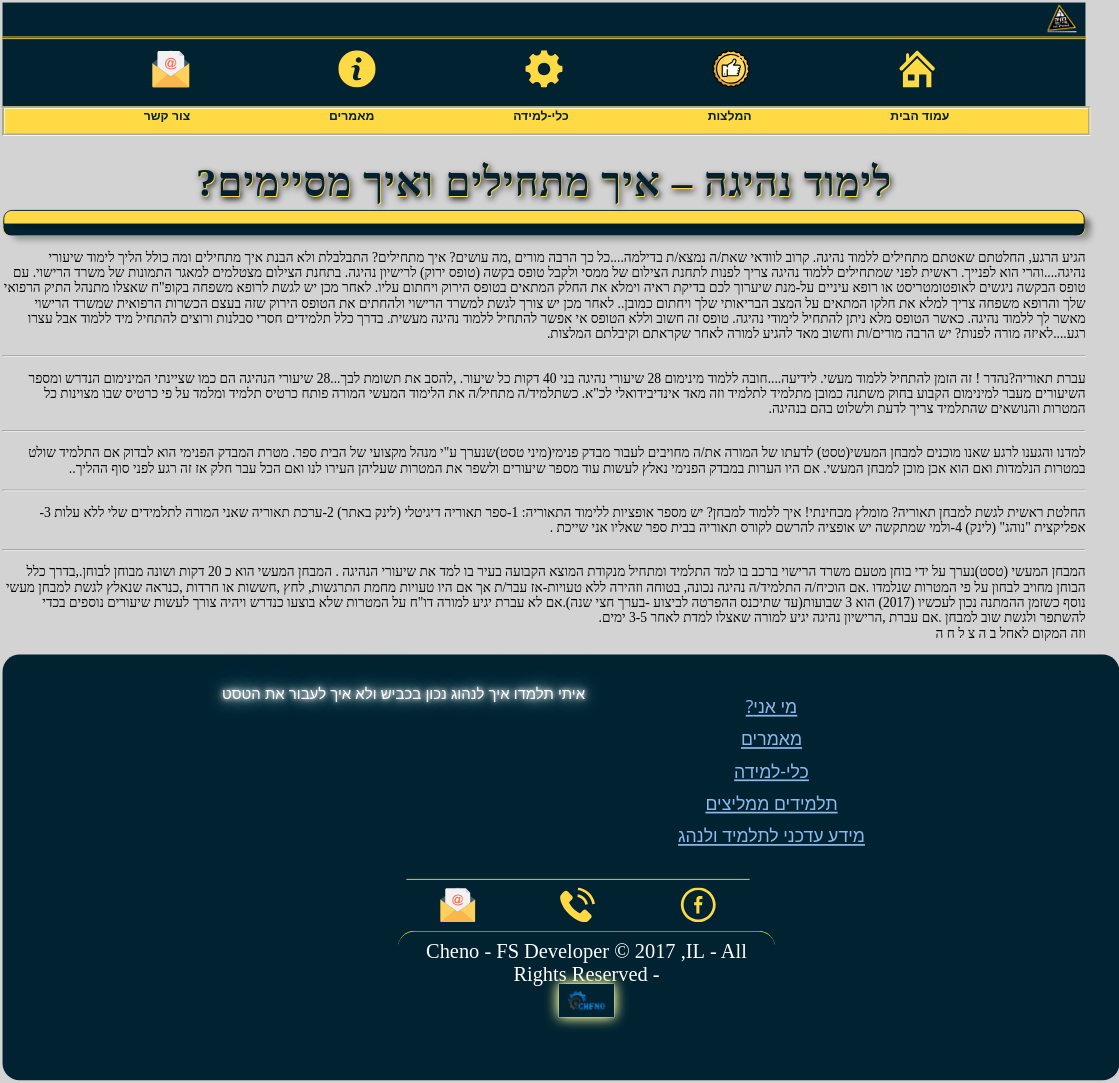
Repository: ChenGinsberg/BatyaLamed-site
Page: article/article.html
An editor plug-in stored every save of this project. The page is shown before and after the next save, followed by the edit.
The browser window is 1280 px wide. The page is 1317 px wide, so the pictures cover 1317 px, including what lies to the right of the window. The pictures show the whole page, at 85% of full size.

Above is the page before, as saved 2017-11-26 12:38:40.

After the next save:
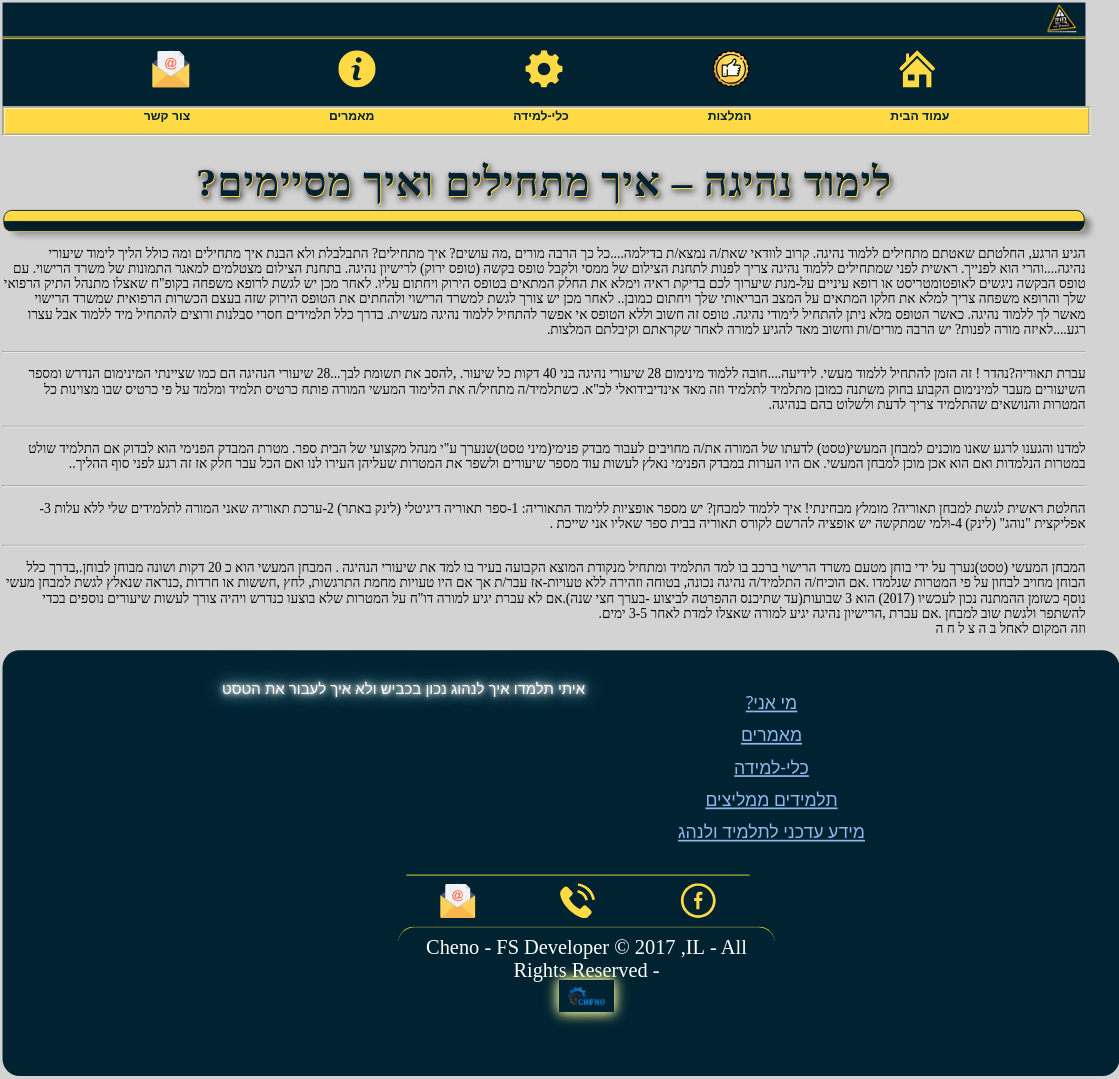
Saved 79 s later.
--- a/style/nav.css
+++ b/style/nav.css
@@ -51,7 +51,7 @@
 
 .yellowHR {
     background-color: #FFDA44;
-    height: 15px;
+    height: 12px;
     border-radius: 10px 10px 0px 0px;
     border: 1px solid #012231;
     box-shadow: 9px 7px 7px -3px rgba(0, 0, 0, 0.3);
@@ -59,7 +59,7 @@
 
 .blueHR {
     background-color: #012231;
-    height: 30px;
+    height: 25px;
     border-radius: 15px 11px 10px 10px;
     box-shadow: 9px 7px 7px -3px rgba(0, 0, 0, 0.3);
     margin-bottom: 10px;
